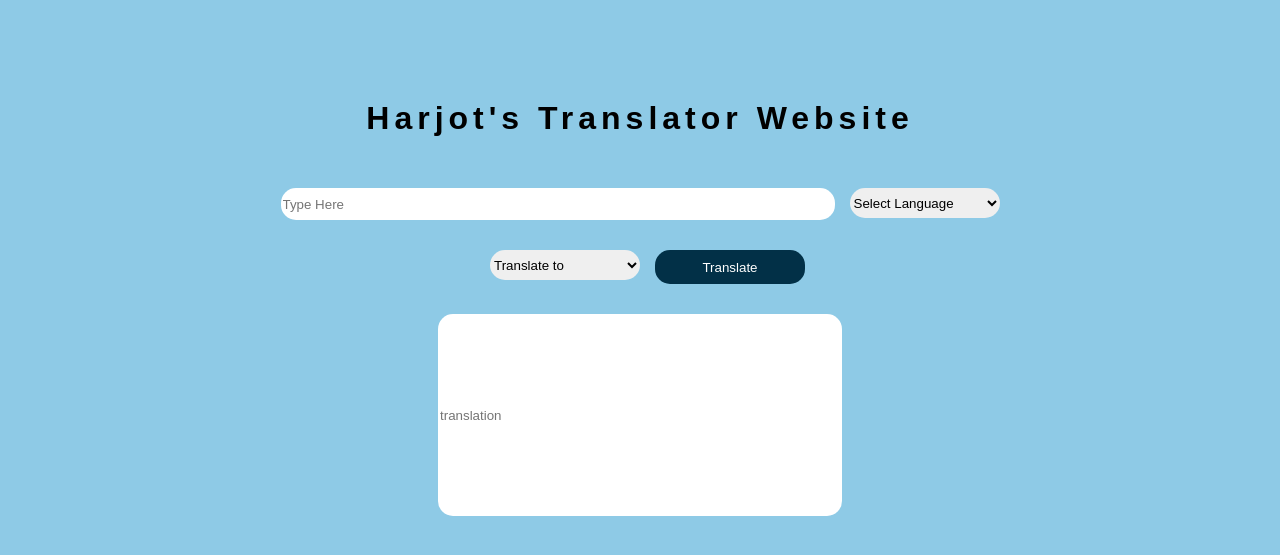
Repository: Harjot00/Pythonpractice
Page: Translator/homepage.html
An editor plug-in stored every save of this project. The page is shown before and after the next save, followed by the edit.
The browser window is 1280 px wide. The pictures show the whole page.
Some web fonts or font styles are not loaded; a fallback is used.

Above is the page before, as saved 2022-03-06 19:43:38.

### Translator/homepage.html
<!DOCTYPE html>
<html lang="en">
<head>
    <meta charset="UTF-8">
    <meta http-equiv="X-UA-Compatible" content="IE=edge">
    <meta name="viewport" content="width=device-width, initial-scale=1.0">
    <title>Harjot's Translator</title>
    <link rel="stylesheet" href="styles.css">
    <link href="http://fonts.cdnfonts.com/css/mrs-sheppards" rel="stylesheet">
    <link href='https://fonts.googleapis.com/css?family=Open Sans' rel='stylesheet'>

</head>
<body>
    <h1 style = "font-family: 'Mrs Sheppards', sans-serif;letter-spacing: 5px;">Harjot's Translator Website</h1>
    <div style = "display: flex; justify-content: center;">
        <input type="text" id="entry" placeholder="Type Here"></input>
        <form id="language">

            <select>
                <option disabled selected>Select Language</option>
                <option value="volvo">French</option>
                <option value="saab">Italian</option>
                <option value="opel">German</option>
                <option value="audi">Chinese</option>
            </select>
        </form>
    </div>
    <div style = "display: flex; justify-content: center;">
        <form id = "language2">
            <select >
                <option disabled selected>Translate to</option>
                <option value="volvo">French</option>
                <option value="saab">Italian</option>
                <option value="opel">German</option>
                <option value="audi">Chinese</option>
            </select>
        </form>
        <button>Translate</button>

    </div>
    <div style =" display: flex; justify-content: center">
        <input  type="text"id ="translation" placeholder="translation"></input>
    </div>
</body>
</html>

### Translator/styles.css
body{
    background-color: #8ECAE6;
    font-family: open sans;
}
h1{
    margin-top: 100px;
    text-align: center;
}
#entry{
    width: 550px;
    height: 30px;
    margin: 30px 0px 0px 0px;
    border: none;
    border-radius:15px;

}
#language{

    margin: 30px 0px 0px 15px;
}
#language2{

    margin: 30px 0px 0px 15px;
}

select{
    height: 30px;
    width: 150px;
    border: none;
    border-radius: 15px;
}
button{
    width: 150px;
    height:34px;
    margin:30px 0px 0px 15px;
    border: none;
    border-radius: 15px;
    background-color: #023047;
    color: #fff;
}
#translation {
    margin: 30px 0px 0px 0px;
    width: 400px;
    height: 200px;
    border: none;
    border-radius: 15px;

}

After the next save:
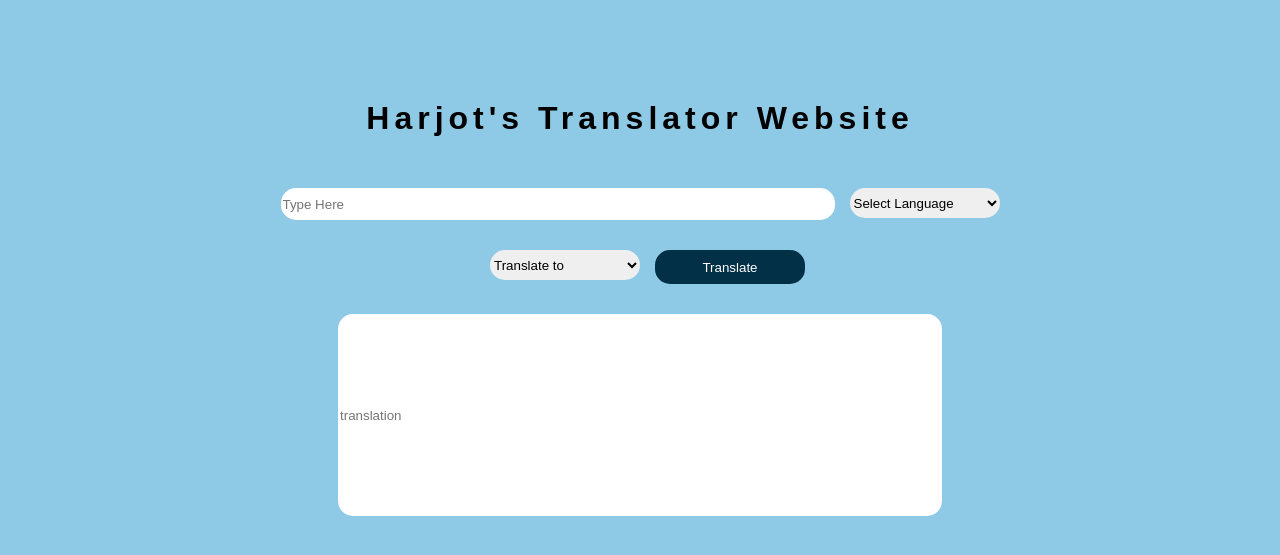
Saved 9 s later.
--- a/Translator/styles.css
+++ b/Translator/styles.css
@@ -40,7 +40,7 @@ button{
 }
 #translation {
     margin: 30px 0px 0px 0px;
-    width: 400px;
+    width: 600px;
     height: 200px;
     border: none;
     border-radius: 15px;
